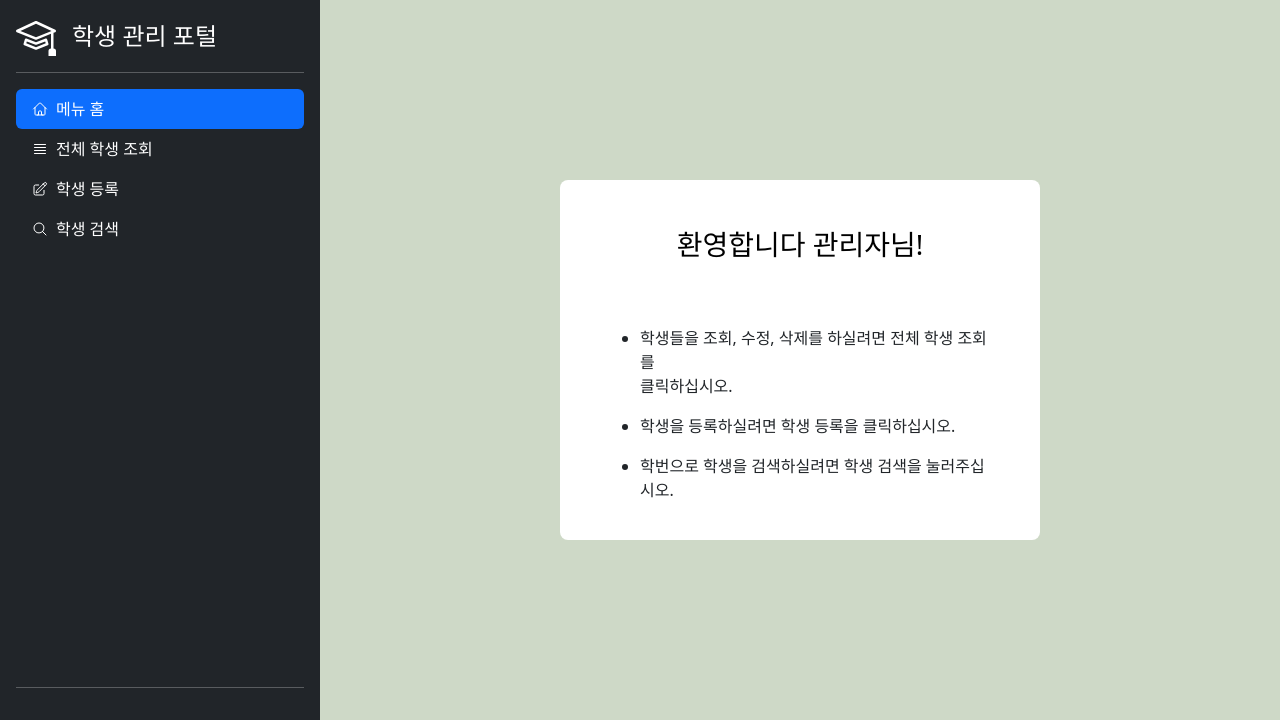
Repository: invisibleufo101/StudentManagementWeb
Page: HSW_Web/src/main/webapp/index.html
These files come from the project's save history. The page is drawn as it stood at one moment and after the next save; the edit follows.
The browser window is 1280 px wide. The pictures show the whole page.

Above is the page before, as saved 2024-09-19 12:04:04.

### HSW_Web/src/main/webapp/index.html
<!DOCTYPE html>
<html>
<head>
	<meta charset="UTF-8">
	<meta name="viewport" content="width=device-width, initial-scale=1">
	<link rel="stylesheet" href="css/bootstrap.min.css" />
	<link rel="stylesheet" href="css/style.css"/>
	<script defer src="js/bootstrap.bundle.min.js"></script>
	<link rel="icon" href="images/portal_icon.svg"/>
	<title>학생 관리 포털</title>
</head>
<body>
	<main class="d-flex flex-nowrap vh-100">
		<!-- Start of Navbar -->
		<nav class="d-flex flex-lg-column flex-md-column flex-row flex-shrink-0 p-3 text-bg-dark" style="width: 25vw;">
			<a href="/" class="d-flex justify-content-around align-items-center mb-3 mb-md-0 me-md-auto text-white text-decoration-none">
				<svg xmlns="http://www.w3.org/2000/svg" width="40" height="40" fill="currentColor" class="bi bi-mortarboard" viewBox="0 0 16 16">
				 	<path d="M8.211 2.047a.5.5 0 0 0-.422 0l-7.5 3.5a.5.5 0 0 0 .025.917l7.5 3a.5.5 0 0 0 .372 0L14 7.14V13a1 1 0 0 0-1 1v2h3v-2a1 1 0 0 0-1-1V6.739l.686-.275a.5.5 0 0 0 .025-.917zM8 8.46 1.758 5.965 8 3.052l6.242 2.913z"/>
				 	<path d="M4.176 9.032a.5.5 0 0 0-.656.327l-.5 1.7a.5.5 0 0 0 .294.605l4.5 1.8a.5.5 0 0 0 .372 0l4.5-1.8a.5.5 0 0 0 .294-.605l-.5-1.7a.5.5 0 0 0-.656-.327L8 10.466zm-.068 1.873.22-.748 3.496 1.311a.5.5 0 0 0 .352 0l3.496-1.311.22.748L8 12.46z"/>
				</svg>
				<span class="ms-3" style="font-size: 1.5rem;">학생 관리 포털</span>
			</a>
			<hr/>
			<ul class="nav nav-pills flex-column mb-auto">
				<li class="nav-item">
					<a href="#" class="nav-link active">
						<div class="d-flex align-items-center">
							<svg class="bi me-2" xmlns="http://www.w3.org/2000/svg" fill="none" viewBox="0 0 24 24" stroke-width="1.5" stroke="currentColor" width="16" height="16">
								<path stroke-linecap="round" stroke-linejoin="round" d="m2.25 12 8.954-8.955c.44-.439 1.152-.439 1.591 0L21.75 12M4.5 9.75v10.125c0 .621.504 1.125 1.125 1.125H9.75v-4.875c0-.621.504-1.125 1.125-1.125h2.25c.621 0 1.125.504 1.125 1.125V21h4.125c.621 0 1.125-.504 1.125-1.125V9.75M8.25 21h8.25" />
							</svg>
							<p class="m-0">메뉴 홈</p>
						</div>
					</a>
				</li>
				<li>
					<a href="#" class="nav-link text-white">
						<div class="d-flex align-items-center">
							<svg class="bi me-2" xmlns="http://www.w3.org/2000/svg" fill="none" viewBox="0 0 24 24" stroke-width="1.5" stroke="currentColor" width="16" height="16">
								<path stroke-linecap="round" stroke-linejoin="round" d="M3.75 5.25h16.5m-16.5 4.5h16.5m-16.5 4.5h16.5m-16.5 4.5h16.5" />
							</svg>
							<p class="m-0">전체 학생 조회</p>
						</div>
					</a>
				</li>
				<li>
					<a href="#" class="nav-link text-white">
						<div class="d-flex align-items-center">
							<svg class="bi me-2" xmlns="http://www.w3.org/2000/svg" fill="none" viewBox="0 0 24 24" stroke-width="1.5" stroke="currentColor" width="16" height="16">
								<path stroke-linecap="round" stroke-linejoin="round" d="m16.862 4.487 1.687-1.688a1.875 1.875 0 1 1 2.652 2.652L10.582 16.07a4.5 4.5 0 0 1-1.897 1.13L6 18l.8-2.685a4.5 4.5 0 0 1 1.13-1.897l8.932-8.931Zm0 0L19.5 7.125M18 14v4.75A2.25 2.25 0 0 1 15.75 21H5.25A2.25 2.25 0 0 1 3 18.75V8.25A2.25 2.25 0 0 1 5.25 6H10" />
							</svg>
							<p class="m-0">학생 등록</p>
						</div>
					</a>
				</li>
				<li>
					<a href="#" class="nav-link text-white">
					<div class="d-flex align-items-center">
						<svg class="bi me-2" xmlns="http://www.w3.org/2000/svg" fill="none" viewBox="0 0 24 24" stroke-width="1.5" stroke="currentColor" width="16" height="16">
							<path stroke-linecap="round" stroke-linejoin="round" d="m21 21-5.197-5.197m0 0A7.5 7.5 0 1 0 5.196 5.196a7.5 7.5 0 0 0 10.607 10.607Z" />
						</svg>
						<p class="m-0">학생 검색</p>
					</div>
					</a>
				</li>
			</ul>
			<hr/>
		</nav>
		<!-- End of Navbar -->
		<section class="welecome-card d-flex justify-content-center align-items-center" style="width: 75vw; height: auto; background-color: #ced9c7;">
			<div class="d-flex flex-column align-items-center h-50 w-50 bg-white rounded-3 p-5">
				<h3 class="text-black">환영합니다 관리자님!</h3>
				<ul class="text-decroation-none py-5 d-flex flex-column align-items-evenly justify-content-start">
					<li class="my-2">
						학생들을 조회, 수정, 삭제를 하실려면 전체 학생 조회를 <br /> 클릭하십시오.
					</li>

					<li class="my-2">
						학생을 등록하실려면 학생 등록을 클릭하십시오.
					</li>

					<li class="my-2">
						학번으로 학생을 검색하실려면 학생 검색을 눌러주십시오.
					</li>

				</ul>
			</div>
		</section>
	</main>
</body>
</html>

### HSW_Web/src/main/webapp/css/style.css
@charset "UTF-8";

.welcome-card {
	width: 75vw;
	height: auto;
	background-color: #ced9c7;
}

Loaded but not shown: HSW_Web/src/main/webapp/css/bootstrap.min.css (library); HSW_Web/src/main/webapp/js/bootstrap.bundle.min.js (no copy from this time; the picture is the same without it)

After the next save:
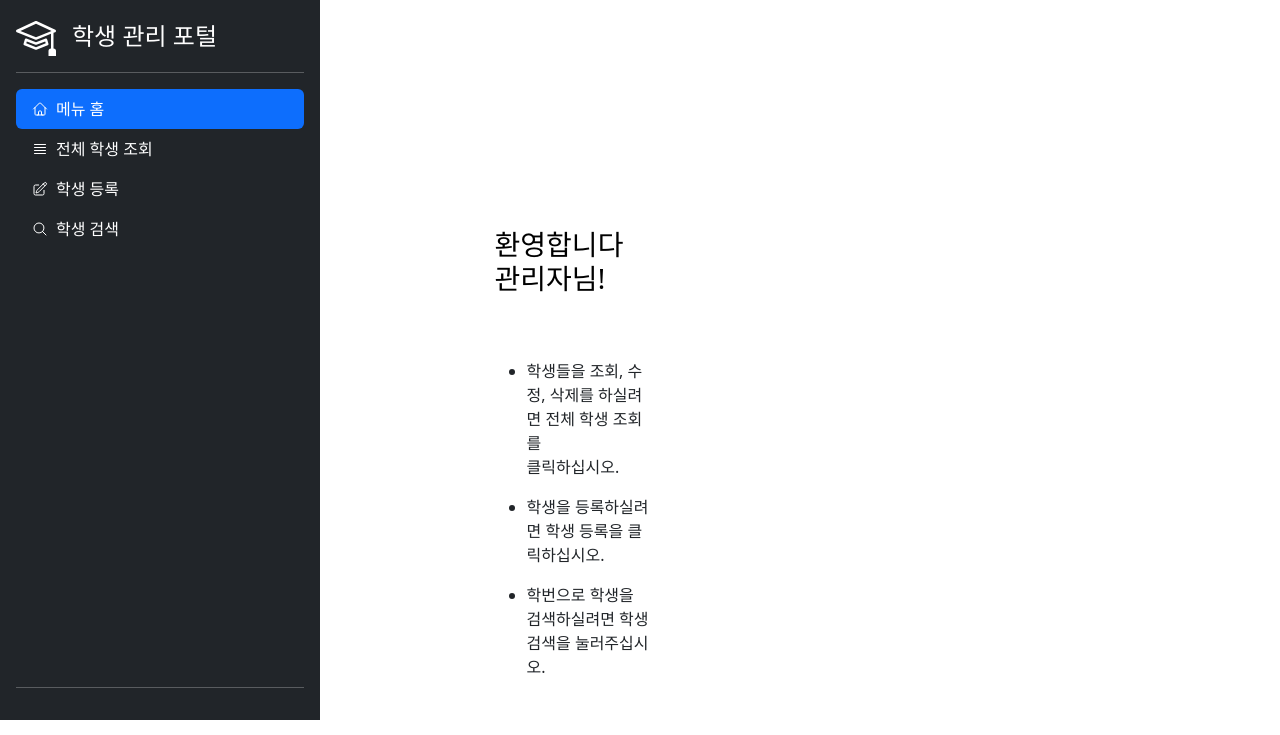
Saved 9 s later.
--- a/HSW_Web/src/main/webapp/index.html
+++ b/HSW_Web/src/main/webapp/index.html
@@ -66,7 +66,7 @@
 			<hr/>
 		</nav>
 		<!-- End of Navbar -->
-		<section class="welecome-card d-flex justify-content-center align-items-center" style="width: 75vw; height: auto; background-color: #ced9c7;">
+		<section class="welecome-card d-flex justify-content-center align-items-center" >
 			<div class="d-flex flex-column align-items-center h-50 w-50 bg-white rounded-3 p-5">
 				<h3 class="text-black">환영합니다 관리자님!</h3>
 				<ul class="text-decroation-none py-5 d-flex flex-column align-items-evenly justify-content-start">

After the save that followed:
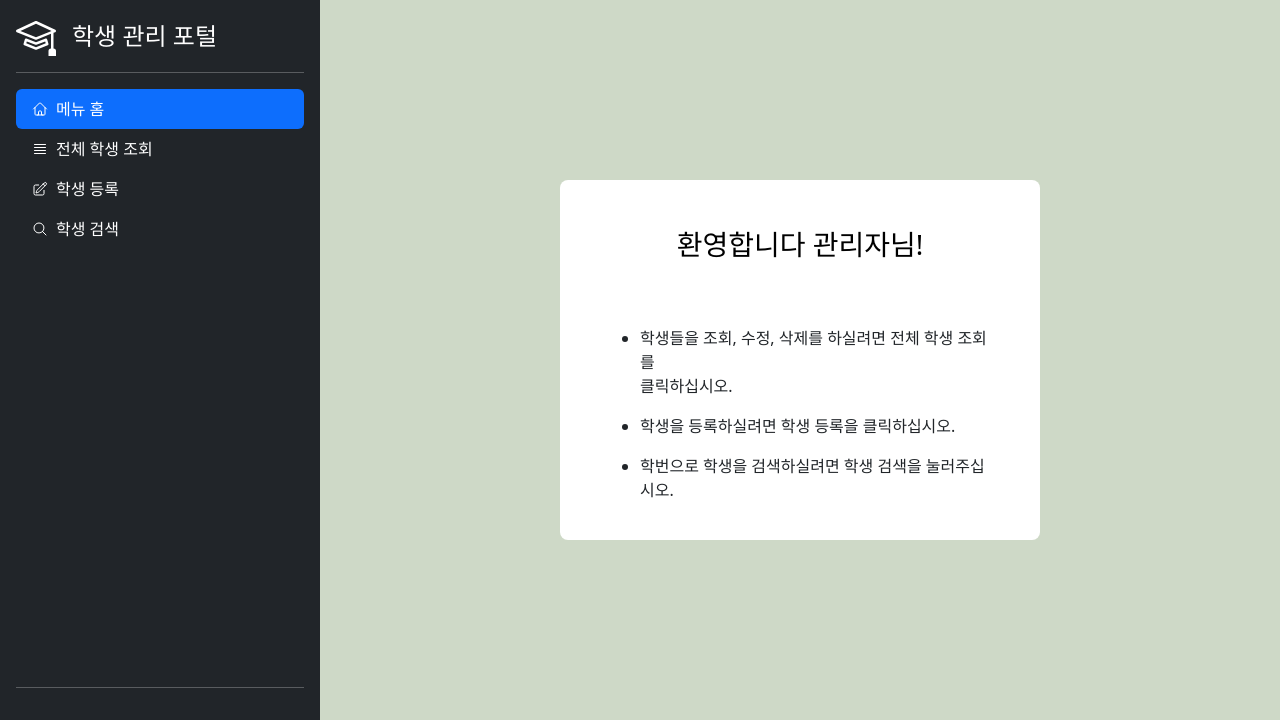
Saved 26 s later.
--- a/HSW_Web/src/main/webapp/index.html
+++ b/HSW_Web/src/main/webapp/index.html
@@ -66,7 +66,7 @@
 			<hr/>
 		</nav>
 		<!-- End of Navbar -->
-		<section class="welecome-card d-flex justify-content-center align-items-center" >
+		<section class="welecome-card d-flex justify-content-center align-items-center" style="width: 75vw; height: auto; background-color: #ced9c7;">
 			<div class="d-flex flex-column align-items-center h-50 w-50 bg-white rounded-3 p-5">
 				<h3 class="text-black">환영합니다 관리자님!</h3>
 				<ul class="text-decroation-none py-5 d-flex flex-column align-items-evenly justify-content-start">
